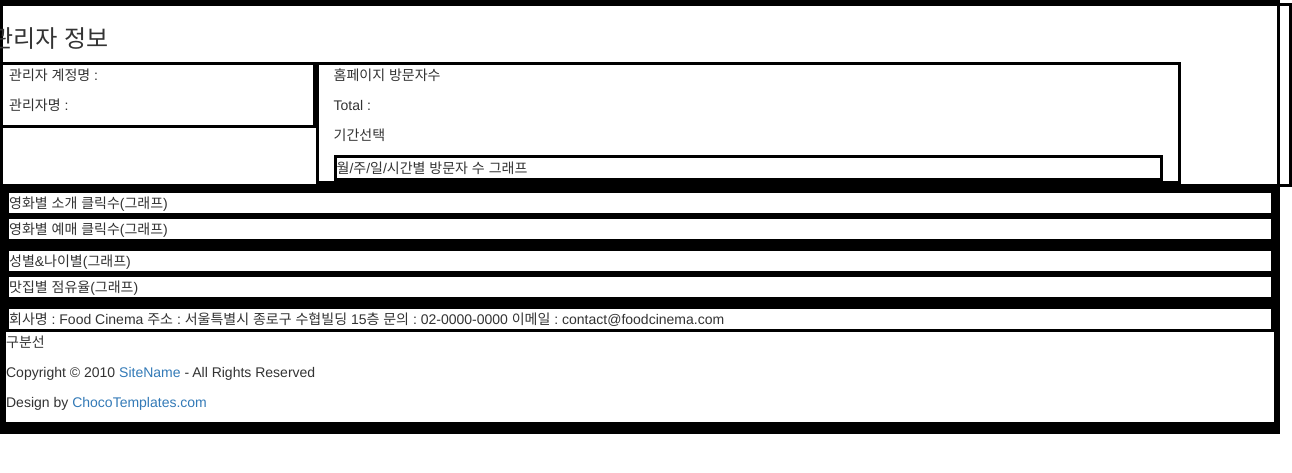
Repository: fhwang2/WEB
Page: http://localhost/FoodCinema/admin.jsp
These files come from the project's save history. The page is drawn as it stood at one moment and after the next save; the edit follows.
The browser window is 1280 px wide. The page is 1292 px wide, so the pictures cover 1292 px, including what lies to the right of the window. The pictures show the whole page.
The page is served by Tomcat 9.

Above is the page before, as saved 2019-07-11 09:03:00.

After the next save:
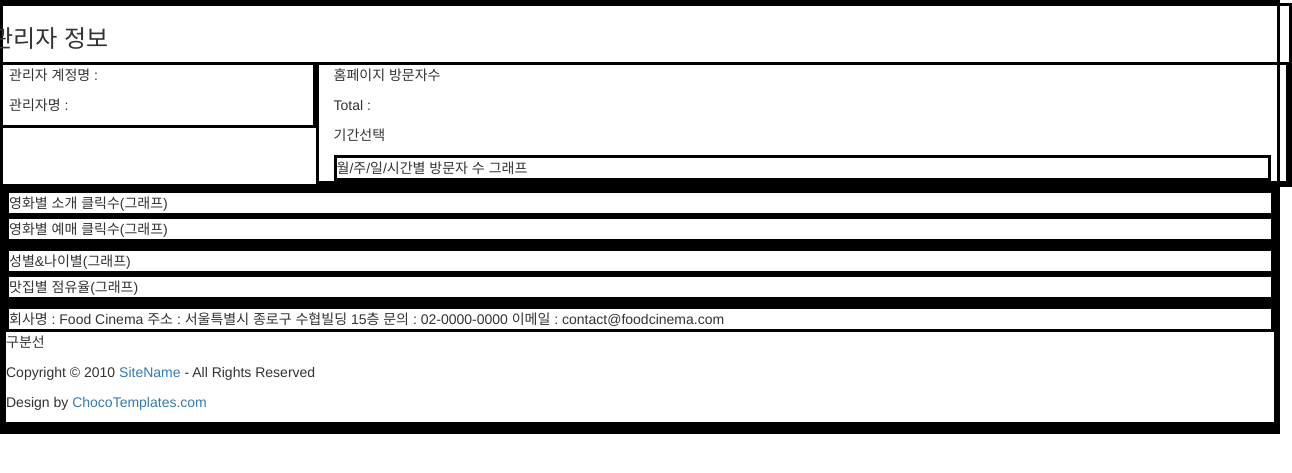
Saved 4 s later.
--- a/FoodCinema/WebContent/admin.jsp
+++ b/FoodCinema/WebContent/admin.jsp
@@ -48,7 +48,7 @@ div {
 				%>
 				</p>
 			</div>
-			<div id="totalCnt" class="col-sm-8">
+			<div id="totalCnt" class="col-sm-9">
 				<p>홈페이지 방문자수</p>
 				<p>
 					Total :
